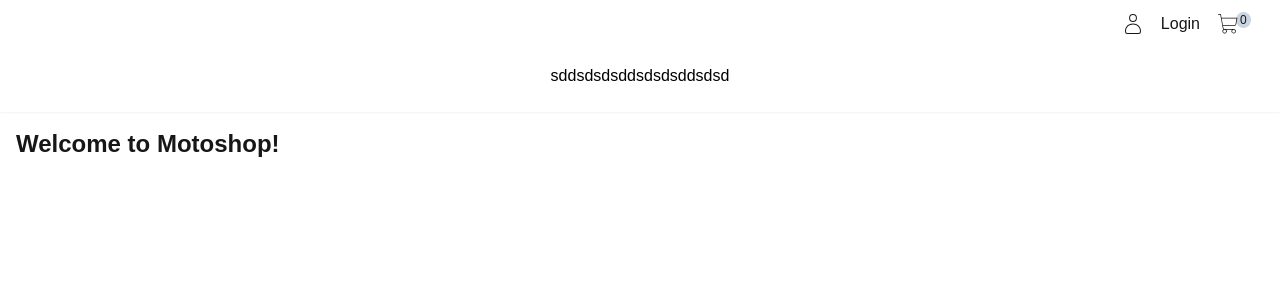
Repository: Than-sothearak/next-motoshop
Page: /
An editor plug-in stored every save of this project. The page is shown before and after a run of saves, followed by the edit.
The browser window is 1280 px wide. The pictures show the whole page.
The project was rebuilt for these pictures with package versions that can differ from the ones it lists, and the page was loaded fresh each time. The framework's server and built-in components were replaced by stand-ins that run in the browser. Also part of the build but not shown: next.config.mjs.

Above is the page before, as saved 2024-10-10 21:40:21.

### app/layout.js
import localFont from "next/font/local";
import "./globals.css";
import Navbar from "./components/Navbar";

export const metadata = {
  title: "Create Next App",
  description: "Generated by create next app",
};

export default function RootLayout({ children }) {
  return (
    <html lang="en">
      <body

      >
        <Navbar />
        {children}
      </body>
    </html>
  );
}

### app/page.js
export default function Home() {
  return (
    <div className="p-4">
    <h1 className="text-2xl font-bold">Welcome to Motoshop!</h1>
    {/* Product listing here */}
  </div>
  );
}

### app/components/Navbar.js
"use client";
import { PiShoppingCartThin } from "react-icons/pi";
import { CiUser } from "react-icons/ci";
import { usePathname } from "next/navigation";
const links = [
  { title: "Motobikes", link: "/motobike" },
  {
    title: "Helmets",
    link: "/helmets",
    subLink: [{ title: "Fullface", link: "/helmets/fullface" }],
  },
  { title: "Apparel", link: "/apparel" },
  { title: "Accessories", link: "/accessories" },
  { title: "Service", link: "/service" },
];
export default function Navbar() {
  const partName = usePathname();
  console.log(partName);
  return (
    <>
      <div className="flex gap-4 h-12 justify-end px-10 items-center">
        <CiUser size={24} className="cursor-pointer" />
        Login
        <div>
          <div className="relative">
            <p className="absolute bg-slate-300 text-xs rounded-full px-1 left-5">
              0
            </p>
          </div>
          <PiShoppingCartThin size={24} className="relative cursor-pointer" />
        </div>
      </div>
      <nav className="mx-auto text-black bg-black/80 flex justify-between relative">
        <div className="container mx-auto flex justify-between items-center">
          <div className="h-16 flex justify-center items-center">
            <a
              href="/"
              className="italic font-bold text-3xl font-monument text-white uppercase"
            >
              Motobike store
            </a>
          </div>

          <div className="flex text-white">
            {links.map((link) => (
              <div
                key={link.title}
                className={`${
                  partName === link.link ? "bg-black underline" : ""
                } flex gap-4 h-16 px-4 justify-center items-center`}
              >
                <a href={link.link} className="cursor-pointer hover:underline">
                  <h3>{link.title} </h3>
                </a>
              </div>
            ))}
          </div>
        </div>

      <div className="bg-white container mx-auto shadow-sm p-4 h-16  justify-center flex absolute z-20 ">

          <ul className="flex ">
            <a>sddsdsd</a>
            <a>sddsdsd</a>
            <a>sddsdsd</a>
          </ul>

      </div>
      </nav>

    </>
  );
}

Loaded but not shown: app/globals.css (common file); tailwind.config.js (common file)

After the next 2 saves:
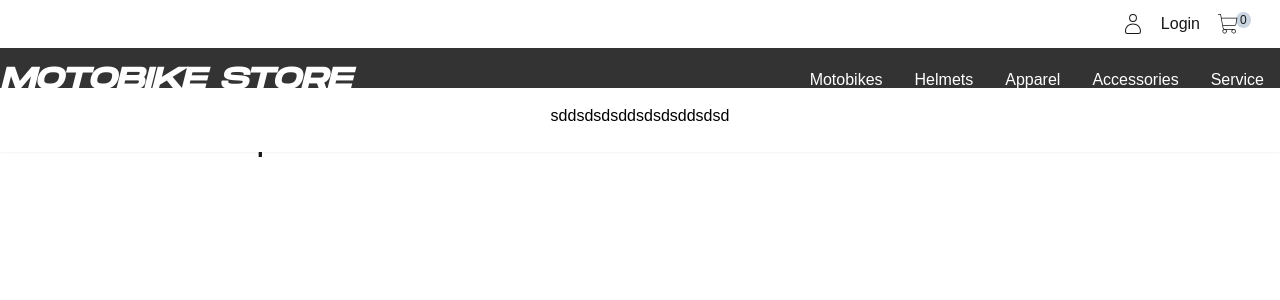
The 2 saves are shown as one change because they came seconds apart.
The last was saved 9 s later.
--- a/app/components/Navbar.js
+++ b/app/components/Navbar.js
@@ -57,7 +57,7 @@ export default function Navbar() {
           </div>
         </div>
 
-      <div className="bg-white container mx-auto shadow-sm p-4 h-16  justify-center flex absolute z-20 ">
+      <div className="bg-white container mx-auto shadow-sm p-4 h-16  justify-center flex absolute z-20 top-10">
 
           <ul className="flex ">
             <a>sddsdsd</a>
